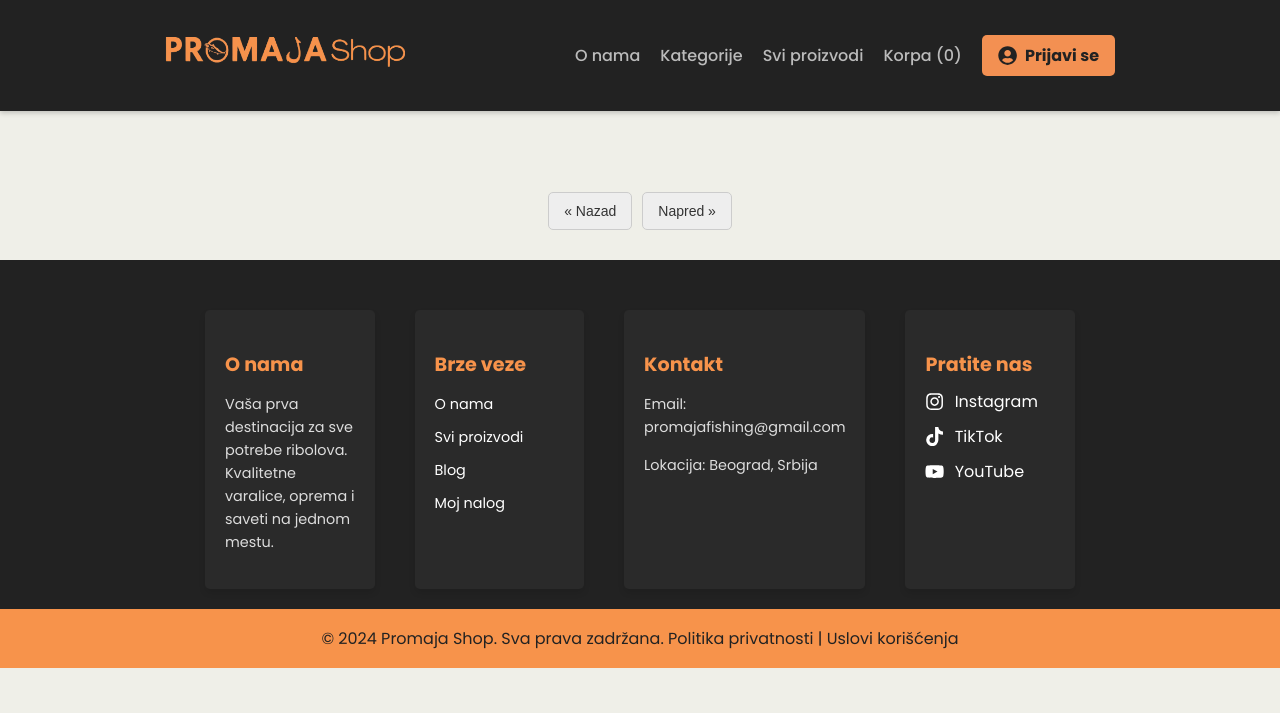
Repository: dimitrijekokovic/PromajaShopFront
Page: /products
These files come from the project's save history. The page is drawn as it stood at one moment and after the next save; the edit follows.
The browser window is 1280 px wide. The pictures show the whole page.
The page's requests for data from a server got no answer. The project was rebuilt for these pictures with package versions that can differ from the ones it lists, and the page was loaded fresh each time. The framework's server and built-in components were replaced by stand-ins that run in the browser. No one was signed in, and anything a server would have sent is missing. Also part of the build but not shown: next.config.js, next.config.mjs, lib/colors.js, components/Button.js, components/icons/CartIcon.js, components/ProductBox.js.

Above is the page before, as saved 2025-01-25 01:48:00.

### pages/_app.js
import React, { useEffect } from "react";
import { SessionProvider } from "next-auth/react";
import { CartContextProvider } from "@/components/CartContext";
import AOS from "aos";
import "aos/dist/aos.css";
import { AnimatePresence, motion } from "framer-motion";
import { createGlobalStyle } from "styled-components";


const GlobalStyles = createGlobalStyle`
  body {
    background-color: #EFEFE8;
    padding: 0;
    margin: 0;
    font-family: 'Poppins', sans-serif;
  }
`;

export default function App({ Component, pageProps, router }) {
  useEffect(() => {
    AOS.init({
      duration: 1200, // Trajanje animacija
      once: true, // Animacije se dešavaju samo jednom
    });
  }, []);

  return (
    <>
    <GlobalStyles />
    <SessionProvider session={pageProps.session}>
      <CartContextProvider>
        <AnimatePresence mode="wait">
          <motion.div
             key={router.route}
             initial={{ opacity: 0, }}
             animate={{ opacity: 1, }}
             exit={{ opacity: 0 }}
             transition={{ duration: 0.3 }}
          >
            <Component {...pageProps} />
          </motion.div>
        </AnimatePresence>
      </CartContextProvider>
    </SessionProvider>
    </>
  );
}

### pages/_document.js
import Document, { Html, Head, Main, NextScript } from "next/document";
import { ServerStyleSheet } from "styled-components";

export default class MyDocument extends Document {
  static async getInitialProps(ctx) {
    const sheet = new ServerStyleSheet();
    const originalRenderPage = ctx.renderPage;

    try {
      ctx.renderPage = () =>
        originalRenderPage({
          enhanceApp: (App) => (props) =>
            sheet.collectStyles(<App {...props} />),
        });

      const initialProps = await Document.getInitialProps(ctx);
      return {
        ...initialProps,
        styles: (
          <>
            {initialProps.styles}
            {sheet.getStyleElement()}
          </>
        ),
      };
    } finally {
      sheet.seal();
    }
  }

  render() {
    return (
      <Html lang="en">
        <Head>
          <link
            href="https://fonts.googleapis.com/css2?family=Poppins:wght@400;500;700&display=swap'"
            rel="stylesheet"
          />
        </Head>
        <body>
          <Main />
          <NextScript />
        </body>
      </Html>
    );
  }
}

### pages/products.js
import { useEffect, useState } from "react";
import { useRouter } from "next/router";
import axios from "axios";
import styled from "styled-components";
import ProductsGrid from "@/components/ProductsGrid";
import Center from "@/components/Center";
import Title from "@/components/Title";
import Header from "@/components/Header";
import Footer from "@/components/Footer";

const Pagination = styled.div`
  display: flex;
  justify-content: center;
  align-items: center;
  margin-top: 20px;

  button {
    margin: 0 5px;
    padding: 10px 15px;
    background-color: #eee;
    border: 1px solid #ccc;
    border-radius: 5px;
    cursor: pointer;
    font-size: 14px;
    color: #333;

    &:hover {
      background-color: #ddd;
    }

    &.active {
      background-color: #f59051;
      color: #fff;

      @media (max-width: 768px) {
        background-color: #f58040;
      }
    }

    &.dots {
      background-color: transparent;
      border: none;
      cursor: default;
    }
  }
`;

export default function ProductsPage() {
  const [products, setProducts] = useState([]);
  const [categoryName, setCategoryName] = useState("");
  const [currentPage, setCurrentPage] = useState(1);
  const [isMobile, setIsMobile] = useState(false);
  const router = useRouter();
  const { category } = router.query;

  const productsPerPage = isMobile ? 5 : 8;

  useEffect(() => {
    const handleResize = () => {
      setIsMobile(window.innerWidth <= 768);
    };

    handleResize();
    window.addEventListener("resize", handleResize);
    return () => window.removeEventListener("resize", handleResize);
  }, []);

  useEffect(() => {
    if (category) {
      axios.get(`/api/products?category=${category}`).then((res) => {
        setProducts(res.data);
        setCategoryName(category.charAt(0).toUpperCase() + category.slice(1));
      });
    } else {
      axios.get("/api/products").then((res) => {
        setProducts(res.data);
        setCategoryName("Svi Proizvodi");
      });
    }
  }, [category]);

  const totalPages = Math.ceil(products.length / productsPerPage);
  const startIndex = (currentPage - 1) * productsPerPage;
  const endIndex = startIndex + productsPerPage;
  const currentProducts = products.slice(startIndex, endIndex);

  const handlePageChange = (page) => {
    if (page > 0 && page <= totalPages) {
      setCurrentPage(page);
      window.scrollTo({ top: 0, behavior: "smooth" });
    }
  };

  const getVisiblePages = () => {
    const pages = [];

    if (totalPages <= 3) {
      for (let i = 1; i <= totalPages; i++) {
        pages.push(i);
      }
    } else {
      if (currentPage > 1) pages.push(1);
      if (currentPage > 2) pages.push("...");
      pages.push(currentPage);
      if (currentPage < totalPages - 1) pages.push("...");
      if (currentPage < totalPages) pages.push(totalPages);
    }

    return pages;
  };

  return (
    <>
      <Header />
      <Center>
        <Title>{categoryName}</Title>
        <ProductsGrid products={currentProducts} />
        <Pagination>
          <button
            onClick={() => handlePageChange(currentPage - 1)}
            disabled={currentPage === 1}
          >
            &#171; Nazad
          </button>
          {getVisiblePages().map((page, index) =>
            page === "..." ? (
              <button key={index} className="dots">
                ...
              </button>
            ) : (
              <button
                key={index}
                onClick={() => handlePageChange(page)}
                className={currentPage === page ? "active" : ""}
              >
                {page}
              </button>
            )
          )}
          <button
            onClick={() => handlePageChange(currentPage + 1)}
            disabled={currentPage === totalPages}
          >
            Napred &#187;
          </button>
        </Pagination>
      </Center>
      <Footer />
    </>
  );
}

### components/CartContext.js
// CartContext.js
import { createContext, useEffect, useState, useContext } from "react";

export const CartContext = createContext({});

export function CartContextProvider({ children }) {
  const ls = typeof window !== "undefined" ? window.localStorage : null;
  const [cartProducts, setCartProducts] = useState([]);
  const [user, setUser] = useState(null);

  // Učitavanje podataka o korisniku iz localStorage prilikom inicijalizacije
  useEffect(() => {
    if (ls && ls.getItem("user")) {
      try {
        const storedUser = ls.getItem("user");
        if (storedUser !== "undefined") {
          const parsedUser = JSON.parse(storedUser);
          if (parsedUser?.email) {
            setUser(parsedUser); // Postavi korisnika samo ako je validan
          } else {
            console.warn("Neispravan korisnik u localStorage, uklanjam.");
            ls.removeItem("user");
          }
        } else {
          console.warn("Stored user je undefined, preskačem parsing.");
        }
      } catch (error) {
        console.error("Greška prilikom parsiranja korisnika iz localStorage:", error);
        ls.removeItem("user");
      }
    }
  }, []);

  // Učitavanje proizvoda u korpi iz localStorage
  useEffect(() => {
    if (cartProducts?.length > 0) {
      ls?.setItem("cart", JSON.stringify(cartProducts));
    } else {
      ls?.removeItem("cart"); // Ako je korpa prazna, ukloni je iz localStorage
    }
  }, [cartProducts]);

  function addProduct(productId) {
    setCartProducts((prev) => [...prev, productId]);
  }

  function removeProduct(productId) {
    setCartProducts((prev) => {
      const pos = prev.indexOf(productId);
      if (pos !== -1) {
        return prev.filter((_, index) => index !== pos);
      }
      return prev;
    });
  }

  function clearCart() {
    setCartProducts([]);
    ls?.removeItem("cart"); // Obriši korpu iz localStorage
  }

  return (
    <CartContext.Provider
      value={{
        cartProducts,
        setCartProducts,
        addProduct,
        removeProduct,
        clearCart,
        user,
        setUser,
      }}
    >
      {children}
    </CartContext.Provider>
  );
}

export function useCart() {
  return useContext(CartContext);
}

### components/ProductsGrid.js
import styled from "styled-components";
import ProductBox from "./ProductBox";

const StyledProductsGrid = styled.div`
  display: grid;
  grid-template-columns: repeat(4, 1fr);
  gap: 20px;
  padding-bottom: 40px;

  @media (max-width: 768px) {
    grid-template-columns: repeat(2, 1fr);
    gap: 25px;
  }

  @media (max-width: 480px) {
    grid-template-columns: 1fr;
    gap: 10px;
    padding: 0 25px; /* Razmak sa strane */
  }
`;

export default function ProductsGrid({ products }) {
  return (
    <StyledProductsGrid>
      {products?.length > 0 &&
        products.map((product) => <ProductBox key={product._id} {...product} />)}
    </StyledProductsGrid>
  );
}

### components/Center.js
import { Children } from "react";
import styled from "styled-components";

const StyledDiv = styled.div`
  max-width: 950px;
  margin: 0 auto;
  padding: 0 ;
`;

export default function Center({ children }) {
  return (
    <StyledDiv>{children}</StyledDiv>
  );
}

### components/Title.js
const { default: styled } = require("styled-components");

const Title = styled.h1`
    font-size:2rem;
`;
export default Title;

### components/Header.js
import Link from "next/link";
import styled from "styled-components";
import Center from "./Center";
import Image from "next/image";
import { CartContext } from "./CartContext";
import { useContext, useState, useEffect } from "react";
import { FaUserCircle } from "react-icons/fa";
import CategoriesDropdown from "./CategoriesDropdown";

const StyledHeader = styled.header`
  background-color: #222;
  color: #FFA500;
  padding: 35px 25px;
  box-shadow: 0 2px 5px rgba(0, 0, 0, 0.2);
`;

const Wrapper = styled.div`
  display: flex;
  justify-content: space-between;
  align-items: center;
`;

const StyledNav = styled.nav`
  display: flex;
  gap: 20px;
  align-items: center;

  @media (max-width: 768px) {
    display: ${(props) => (props.open ? "flex" : "none")};
    flex-direction: column;
    position: absolute;
    top: 70px;
    left: 0;
    right: 0;
    background-color: #222;
    padding: 20px;
    border-radius: 0 0 10px 10px;
    z-index: 10;
    box-shadow: 0 2px 5px rgba(0, 0, 0, 0.3);
  }
`;

const NavLink = styled(Link)`
  color: #bbbbbb;
  text-decoration: none;
  font-size: 16px;
  font-weight: 500;
  line-height: 40px;
  display: flex;
  align-items: center;
  transition: color 0.3s ease;

  &:hover {
    color: #fff;
  }
`;

const LoginButton = styled(Link)`
  display: flex;
  align-items: center;
  justify-content: center;
  padding: 8px 16px;
  background-color: #f39052;
  color: #222222;
  text-decoration: none;
  border-radius: 5px;
  font-weight: bold;
  font-size: 16px;
  transition: background-color 0.3s ease;

  &:hover {
    background-color: #e69500;
  }

  svg {
    margin-right: 8px;
    font-size: 1.2rem;
  }
`;

const HamburgerMenu = styled.div`
  display: none;
  flex-direction: column;
  gap: 5px;
  cursor: pointer;

  div {
    width: 25px;
    height: 3px;
    background-color: #fff;
    border-radius: 2px;
  }

  @media (max-width: 768px) {
    display: flex;
  }
`;

const LogoWrapper = styled.div`
  max-width: 150px;

  @media (max-width: 768px) {
    max-width: 120px;
  }

  img {
    width: 100%;
    height: auto;
  }
`;

export default function Header() {
  const { cartProducts } = useContext(CartContext);
  const [isLoggedIn, setIsLoggedIn] = useState(false);
  const [menuOpen, setMenuOpen] = useState(false);

  useEffect(() => {
    const token = localStorage.getItem("token");
    setIsLoggedIn(!!token);
  }, []);

  return (
    <StyledHeader>
      <Center>
        <Wrapper>
          <Link href="/">
            <Image
              src="/logo.png"
              alt="PromajaShop Logo"
              width={240}
              height={30}
              priority
            />
          </Link>
          <HamburgerMenu onClick={() => setMenuOpen(!menuOpen)}>
            <div />
            <div />
            <div />
          </HamburgerMenu>
          <StyledNav open={menuOpen}>
            <NavLink href="/aboutus">O nama</NavLink>
            <CategoriesDropdown />
            <NavLink href="/products">Svi proizvodi</NavLink>
            <NavLink href="/cart">Korpa ({cartProducts?.length || 0})</NavLink>

            {isLoggedIn ? (
              <LoginButton href="/account">
                <FaUserCircle /> Moj nalog
              </LoginButton>
            ) : (
              <LoginButton href="/login">
                <FaUserCircle /> Prijavi se
              </LoginButton>
            )}
          </StyledNav>
        </Wrapper>
      </Center>
    </StyledHeader>
  );
}

### components/Footer.js
import Link from "next/link";
import styled from "styled-components";
import { FaInstagram, FaYoutube, FaTiktok } from "react-icons/fa";
import Center from "./Center";

const FooterContainer = styled.footer`
  background-color: #222;
  color: #fff;
  padding-top: 30px;
  margin-top:30px;
`;

const FooterContent = styled.div`
  display: grid;
  grid-template-columns: repeat(4, 1fr);
  gap: 40px;
  max-width: 1200px;
  margin: 0 auto;
  padding: 20px 40px;

  @media (max-width: 768px) {
    grid-template-columns: repeat(2, 1fr);
    gap: 20px;
  }

  @media (max-width: 480px) {
    grid-template-columns: 1fr;
    gap: 10px;
  }
`;


const FooterSection = styled.div`
  background-color: #2a2a2a; /* Tamnija pozadina unutar sekcija */
  padding: 20px;
  border-radius: 5px; /* Blagi zaobljeni uglovi */
  box-shadow: 0 4px 6px rgba(0, 0, 0, 0.1); /* Blagi efekat senke */

  h3 {
    margin-bottom: 10px;
    font-size: 1.2rem;
    text-align: left;
    color: #f7934b; /* Narandžasta za naslove */
  }

  p, ul {
    font-size: 0.9rem;
    line-height: 1.6;
    text-align: left;
    color: #ddd; /* Svetliji tekst */
  }

  ul {
    list-style: none;
    padding: 0;
  }

  li {
    margin-bottom: 10px;

    a {
      color: #fff;
      text-decoration: none;
      transition: color 0.3s ease; /* Tranzicija za hover efekat */

      &:hover {
        color: #ff6600; /* Promena boje na hover */
      }
    }
  }
`;

const SocialLinks = styled.div`
  display: flex;
  flex-direction: column;
  align-items: flex-start;

  a {
    display: flex;
    align-items: center;
    gap: 10px;
    margin-bottom: 10px;
    color: #fff;
    text-decoration: none;
    transition: color 0.3s ease; /* Tranzicija za hover efekat */

    &:hover {
      color: #f7934b; /* Promena boje na hover */
    }

    svg {
      font-size: 1.2rem;
    }
  }
`;


const LegalSection = styled.div`
  background-color: #f7934b;
  text-align: center;
  padding: 1px;
  color: #222222;
  font-size: 1rem; /* Povećan font */

  a {
    color: #222222;
    text-decoration: none;

    &:hover {
      text-decoration: underline;
    }
  }
`;

export default function Footer() {
    return (
      <FooterContainer>
        <Center>
        <FooterContent>
          <FooterSection>
            <h3>O nama</h3>
            <p>
              Vaša prva destinacija za sve potrebe ribolova. Kvalitetne varalice,
              oprema i saveti na jednom mestu.
            </p>
          </FooterSection>

          {/* Linkovi */}
          <FooterSection>
            <h3>Brze veze</h3>
            <ul>
              <li>
                <Link href="/aboutus" legacyBehavior>
                  <a>O nama</a>
                </Link>
              </li>
              <li>
                <Link href="/products" legacyBehavior>
                  <a>Svi proizvodi</a>
                </Link>
              </li>
              <li>
                <Link href="/blog" legacyBehavior>
                  <a>Blog</a>
                </Link>
              </li>
              <li>
                <Link href="/account" legacyBehavior>
                  <a>Moj nalog</a>
                </Link>
              </li>
            </ul>
          </FooterSection>

          {/* Kontakt informacije */}
          <FooterSection>
          <h3>Kontakt</h3>
          <p>Email: promajafishing@gmail.com</p>
          <p>Lokacija: Beograd, Srbija</p>
          </FooterSection>

          {/* Društvene mreže */}
          <FooterSection>
            <h3>Pratite nas</h3>
            <SocialLinks>
            <Link  href="https://www.instagram.com/promajafishing/" legacyBehavior>
                <a target="_blank">
                  <FaInstagram /> Instagram
                </a>
              </Link>
              <Link href="https://www.tiktok.com/@promajafishing?lang=en" legacyBehavior>
                <a target="_blank">
                  <FaTiktok /> TikTok
                </a>
              </Link>

              <Link href="https://www.youtube.com/@PromajaFishing" legacyBehavior>
                <a target="_blank">
                  <FaYoutube /> YouTube
                </a>
              </Link>
            </SocialLinks>
          </FooterSection>
        </FooterContent>
        </Center>
        {/* Pravna napomena */}
        <LegalSection>
          <p>
            &copy; 2024 Promaja Shop. Sva prava zadržana.{" "}
            <Link href="/privatnost" legacyBehavior>
              <a>Politika privatnosti</a>
            </Link>{" "}
            |{" "}
            <Link href="/uslovi" legacyBehavior>
              <a>Uslovi korišćenja</a>
            </Link>
          </p>
        </LegalSection>
      </FooterContainer>
    );
  }

### components/CategoriesDropdown.js
import { useEffect, useState } from "react";
import styled from "styled-components";
import Link from "next/link";

const DropdownContainer = styled.div`
  position: relative;
`;

const Trigger = styled.div`
  cursor: pointer;
  color: ${(props) => (props.isActive ? "#ffa500" : "#bbbbbb")};
  font-size: 16px;
  font-weight: 500;

  &:hover {
    color: #fff;
  }

  @media (max-width: 768px) {
    font-size: 18px;
    padding: 10px;
    text-align: left;
  }
`;
const DropdownMenu = styled.ul`
  position: absolute;
  top: 100%;
  left: 0;
  background: #333;
  padding: 15px 20px;
  border-radius: 8px;
  box-shadow: 0 8px 15px rgba(0, 0, 0, 0.2);
  list-style: none;
  z-index: 10;
  display: ${(props) => (props.isOpen ? "block" : "none")};
  width: 250px;

  li {
    margin: 10px 0;
    font-size: 16px;
    position: relative;

    &:hover > ul {
      display: block;
    }
  }

  a {
    color: #fff;
    text-decoration: none;
    font-size: 15px;
    transition: all 0.3s ease-in-out;

    &:hover {
      color: #f7934b;
    }
  }

  @media (max-width: 768px) {
    display: none;
  }
`;

const SubMenu = styled.ul`
  position: absolute;
  top: 0;
  left: 100%;
  background: #444;
  padding: 10px 15px;
  border-radius: 8px;
  box-shadow: 0 8px 15px rgba(0, 0, 0, 0.2);
  list-style: none;
  display: none;
  width: 200px;

  li {
    margin-bottom: 10px;
  }

  a {
    color: #fff;
    text-decoration: none;
    font-size: 15px;

    &:hover {
      color: #f7934b;
    }
  }

  @media (max-width: 768px) {
    position: static;
    width: 100%;
    padding: 0;
    background: none;
    border: none;
    box-shadow: none;
  }
`;

const MobileMenu = styled.div`
  position: fixed;
  top: 0;
  left: 0;
  width: 100%;
  height: 100%;
  background: rgba(0, 0, 0, 0.95);
  color: #fff;
  z-index: 20;
  overflow-y: auto;
  padding: 20px;
  display: flex;
  flex-direction: column;
  align-items: flex-start;

  @media (min-width: 769px) {
    display: none;
  }

  button {
    position: absolute;
    top: 10px;
    right: 20px;
    background: none;
    border: none;
    color: #ffa500;
    font-size: 24px;
    font-weight: bold;
    cursor: pointer;
  }

  ul {
    list-style: none;
    padding: 0;
    margin: 0;
    text-align: left;
    width: 100%;
  }

  li {
    margin: 15px 0;
  }

  a {
    color: #fff;
    text-decoration: none;
    font-size: 18px;
    font-weight: bold;

    &:hover {
      color: #ffa500;
    }
  }
`;

const BackButton = styled.button`
  background: none;
  border: none;
  color: #ffa500;
  font-size: 18px;
  font-weight: bold;
  cursor: pointer;

  position: absoulte;
  left: 20px;
  top: 20px; /* Razmak od vrha */
`;

const CloseButton = styled.button`
  background: none;
  border: none;
  color: #ffa500;
  font-size: 18px;
  font-weight: bold;
  cursor: pointer;
  position: absolute;
  right: ;
  top: 20px; /* Razmak od vrha */
`;

export default function CategoriesDropdown() {
  const [categories, setCategories] = useState([]);
  const [isOpen, setIsOpen] = useState(false);
  const [currentMenu, setCurrentMenu] = useState("main"); // Track current menu (main or subcategories)
  const [showMobileMenu, setShowMobileMenu] = useState(false);
  let timeoutId;

  useEffect(() => {
    const fetchCategories = async () => {
      try {
        const res = await fetch("/api/categories");
        const data = await res.json();
        setCategories(data);
      } catch (error) {
        console.error("Greška pri učitavanju kategorija:", error);
      }
    };
    fetchCategories();
  }, []);

  const mainCategories = categories.filter((cat) => !cat.parent);

  const handleMouseEnter = () => {
    clearTimeout(timeoutId);
    setIsOpen(true);
  };

  const handleMouseLeave = () => {
    timeoutId = setTimeout(() => setIsOpen(false), 50);
  };

  const renderMenuItems = () => {
    if (currentMenu === "main") {
      return mainCategories.map((mainCategory) => (
        <li key={mainCategory._id}>
          <a
            href="#"
            onClick={(e) => {
              e.preventDefault();
              const hasSubcategories = categories.some(
                (cat) => cat.parent?._id === mainCategory._id
              );
              if (hasSubcategories) {
                setCurrentMenu(mainCategory._id);
              } else {
                setShowMobileMenu(false); // Zatvara hamburger meni
              }
            }}
          >
            {mainCategory.name}
          </a>
        </li>
      ));
    } else {
      const subCategories = categories.filter(
        (cat) => cat.parent?._id === currentMenu
      );
      return (
        <>
          <BackButton onClick={() => setCurrentMenu("main")}>← Nazad</BackButton>
          {subCategories.map((subCategory) => (
            <li key={subCategory._id}>
              <Link
                href={`/categories/${subCategory.slug}`}
                onClick={() => {
                  setShowMobileMenu(false); // Zatvara hamburger meni
                  setCurrentMenu("main"); // Resetuje meni na glavni
                }}
              >
                {subCategory.name}
              </Link>
            </li>
          ))}
        </>
      );
    }
  };

  return (
    <>
      <DropdownContainer
        onMouseEnter={handleMouseEnter}
        onMouseLeave={handleMouseLeave}
      >
        <Trigger onClick={() => setShowMobileMenu(true)}>Kategorije</Trigger>
        <DropdownMenu isOpen={isOpen}>{renderMenuItems()}</DropdownMenu>
      </DropdownContainer>

      {showMobileMenu && (
        <MobileMenu>
          <CloseButton  onClick={() => setShowMobileMenu(false)}>× Zatvori</CloseButton >
          <ul>{renderMenuItems()}</ul>
        </MobileMenu>
      )}
    </>
  );
}

After the next save:
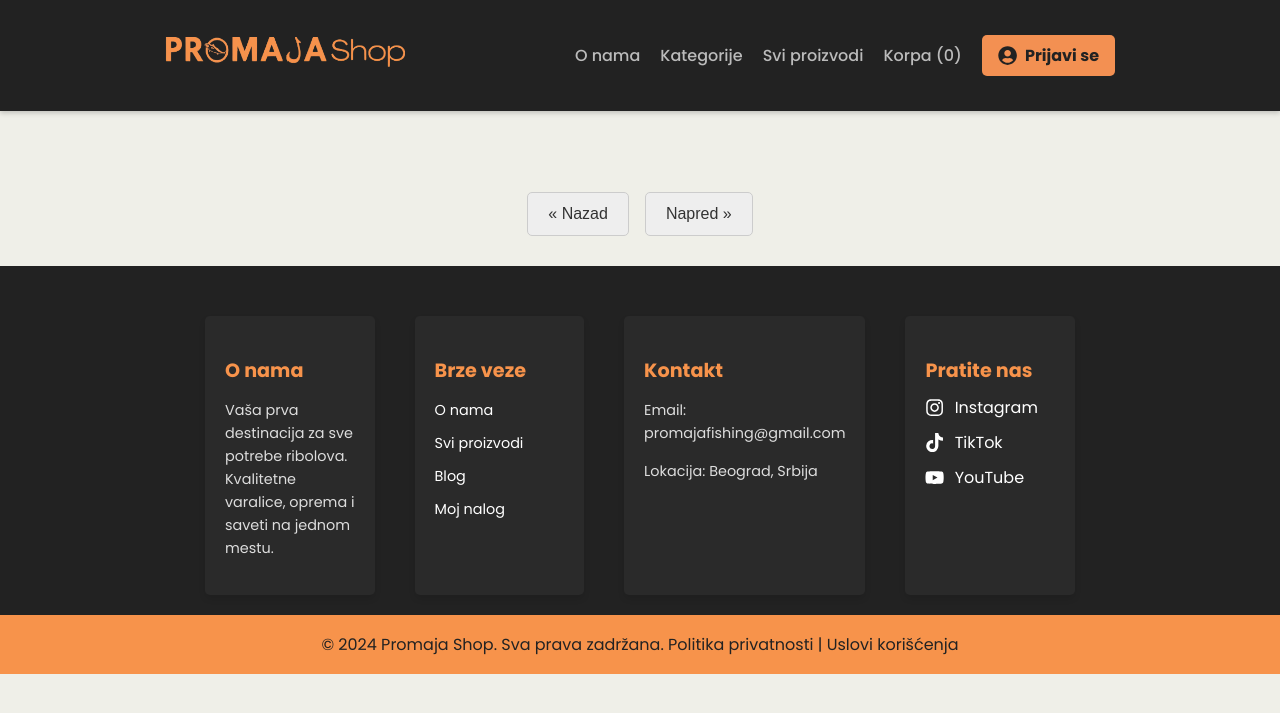
Saved 117 s later.
--- a/pages/products.js
+++ b/pages/products.js
@@ -41,9 +41,19 @@ const Pagination = styled.div`
       background-color: transparent;
       border: none;
       cursor: default;
+      padding: 10px; /* Dodatni prostor za tačkice */
+    }
+  }
+
+  @media (min-width: 1024px) {
+    button {
+      margin: 0 8px; /* Veći razmaci na desktopu */
+      padding: 12px 20px; /* Veći dugmići na desktopu */
+      font-size: 16px;
     }
   }
 `;
+
 
 export default function ProductsPage() {
   const [products, setProducts] = useState([]);
